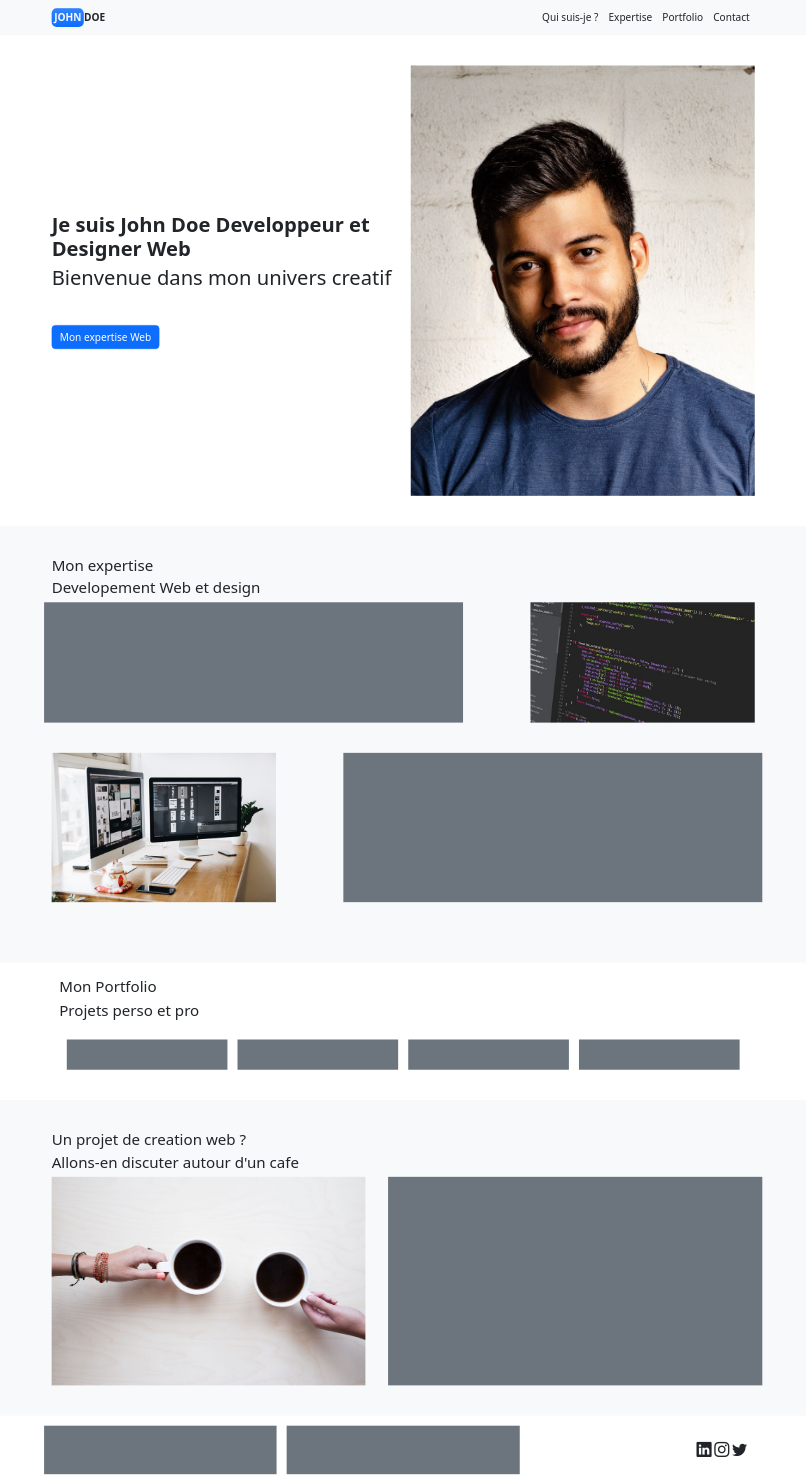
Repository: wadelfadill/Bootstrap_tache_1_portfolio
Page: index.html
An editor plug-in stored every save of this project. The page is shown before and after the next save, followed by the edit.
The browser window is 1280 px wide. The pictures show the whole page, at 63% of full size.
Some web libraries are served in a nearby version.

Above is the page before, as saved 2023-03-28 12:13:30.

### index.html
<!DOCTYPE html>
<html lang="en">
<head>
    <meta charset="UTF-8">
    <meta http-equiv="X-UA-Compatible" content="IE=edge">
    <meta name="viewport" content="width=device-width, initial-scale=1.0">
    <title>Portfolio_Bootstrap</title>
    <link href="https://cdn.jsdelivr.net/npm/bootstrap@5.3.0-alpha2/dist/css/bootstrap.min.css" rel="stylesheet" integrity="sha384-aFq/bzH65dt+w6FI2ooMVUpc+21e0SRygnTpmBvdBgSdnuTN7QbdgL+OapgHtvPp" crossorigin="anonymous">
    <link rel="stylesheet" href="https://cdn.jsdelivr.net/npm/bootstrap-icons@1.5.0/font/bootstrap-icons.css">
    <link rel="stylesheet" href="style.css">
    <!-- Font Awesome -->
    <script src="https://kit.fontawesome.com/14273d579a.js" crossorigin="anonymous"></script>
</head>
<body>
    <header>
        <nav class="navbar navbar-expand-md bg-light navbar-light container-fluid">
            <div class="container">
                <a href="/index.html" class="nav-brand text-uppercase fw-bolder link-dark link-underline-opacity-0">
                    <span class="bg-primary bg-gradient p-1 rounded-3 text-light">JOHN</span>DOE
                </a>
              <ul class="navbar-nav">
                <li class="nav-item active">
                    <a href="#JohnDoe" class="nav-link link-dark link-underline-opacity-0">Qui suis-je ?</a>
                </li>
                <li class="nav-item">
                    <a href="#expertise" class="nav-link link-dark link-underline-opacity-0">Expertise</a>
                </li>
                <li class="nav-item">
                    <a href="#portfolio" class="nav-link link-dark link-underline-opacity-0">Portfolio</a>
                </li>
                <li class="nav-item">
                    <a href="#contact" class="nav-link link-dark link-underline-opacity-0">Contact</a>
                </li>
              </ul>
            </div>
        </nav>
    </header>
    <main>
        <section class="my-5">
            <div class="container">
                <div class="row gy-4 gy-md-0 align-items-center">
                    <div class="col-12 col-md-6">
                        <p class="h2 fw-bold">Je suis John Doe Developpeur et Designer Web</p>
                        <p class="h2 fw-light">Bienvenue dans mon univers creatif</p>
                        <a class="btn btn-primary mt-5" href="#expertise" role="button">Mon expertise Web</a>

                    </div>
                    <div class="col-12 col-md-6">
                        <img src="img/portrait.jpg" alt="profile de Jhon Doe" class="w-100">
                    </div>
                </div>
            </div>
        </section>
        <section>
            <div class="container-fluid bg-light py-5 mt-5">
                <div class="container">
                 <p class="h4 .fs-3 .fs-md-2" id="expertise">Mon expertise</p>
                 <p class="h4 .fs-3 .fs-md-2">Developement Web et design</p>
                <div class="row gy-4 gy-md-0">
                    <div class="col-12 col-md-7 bg-secondary p-5">

                    </div>
                    <div class="col-12 col-md-4 offset-md-1">
                        <img src="img/code.jpg" alt="" class="w-100">
                    </div>
                </div>
                <div class="row my-5 gy-4 gy-md-0">
                    <div class="col-12 col-md-4">
                        <img src="img/design.jpg" alt="" class="w-100">
                    </div>
                    <div class="col-12 col-md-7 bg-secondary offset-md-1 p-5">

                    </div>
                </div>
             </div>
            </div>

        </section>
        <section class="container">
            <div class="container my-4">
                <p class="h4 .fs-3 .fs-md-2" id="portfolio">Mon Portfolio</p>
                <p class="h4 .fs-3 .fs-md-2">Projets perso et pro</p>
                <div class="row gap-3 p-4">
                    <div class="col-12 col-md bg-secondary py-4"></div>
                    <div class="col-12 col-md bg-secondary py-4"></div>
                    <div class="col-12 col-md bg-secondary py-4"></div>
                    <div class="col-12 col-md bg-secondary py-4"></div>
                </div>
            </div>
        </section>
        <section class="p-5 bg-light">
            <div class="container">
                <p class="h4 .fs-3 .fs-md-2" id="contact">Un projet de creation web ?</p>
                <p class="h4 .fs-3 .fs-md-2">Allons-en discuter autour d'un cafe</p>
                <div class="row gap-4 gy-4 gy-md-0">
                    <div class="col-12 col-md">
                        <img src="img/grab-a-coffee.jpg" class="w-100" alt="">
                    </div>
                    <div class="col-12 col-md bg-secondary p-5"></div>
                </div>
            </div>
        </section>
    </main>
    <footer>
        <div class="container">
            <div class="row gap-3 py-3">
                <div class="col-12 col-md p-4 bg-secondary"></div>
                <div class="col-12 col-md p-4 bg-secondary"></div>
                <div class="col-12 col-md p-4 text-md-end">
                    <a href="#" target="_blank" class="link-dark link-underline-opacity-0">
                        <i class="bi bi-linkedin h4"></i>
                    </a>
                    <a href="#" target="_blank" class="link-dark link-underline-opacity-0">
                        <i class="bi bi-instagram h4"></i>
                    </a>
                    <a href="#" target="_blank" class="link-dark link-underline-opacity-0">
                        <i class="bi bi-twitter h4"></i>
                    </a>
                </div>
            </div>
        </div>
    </footer>


</body>
</html>

Loaded but not shown: style.css (no stored copy; drawn as an empty file)

After the next save:
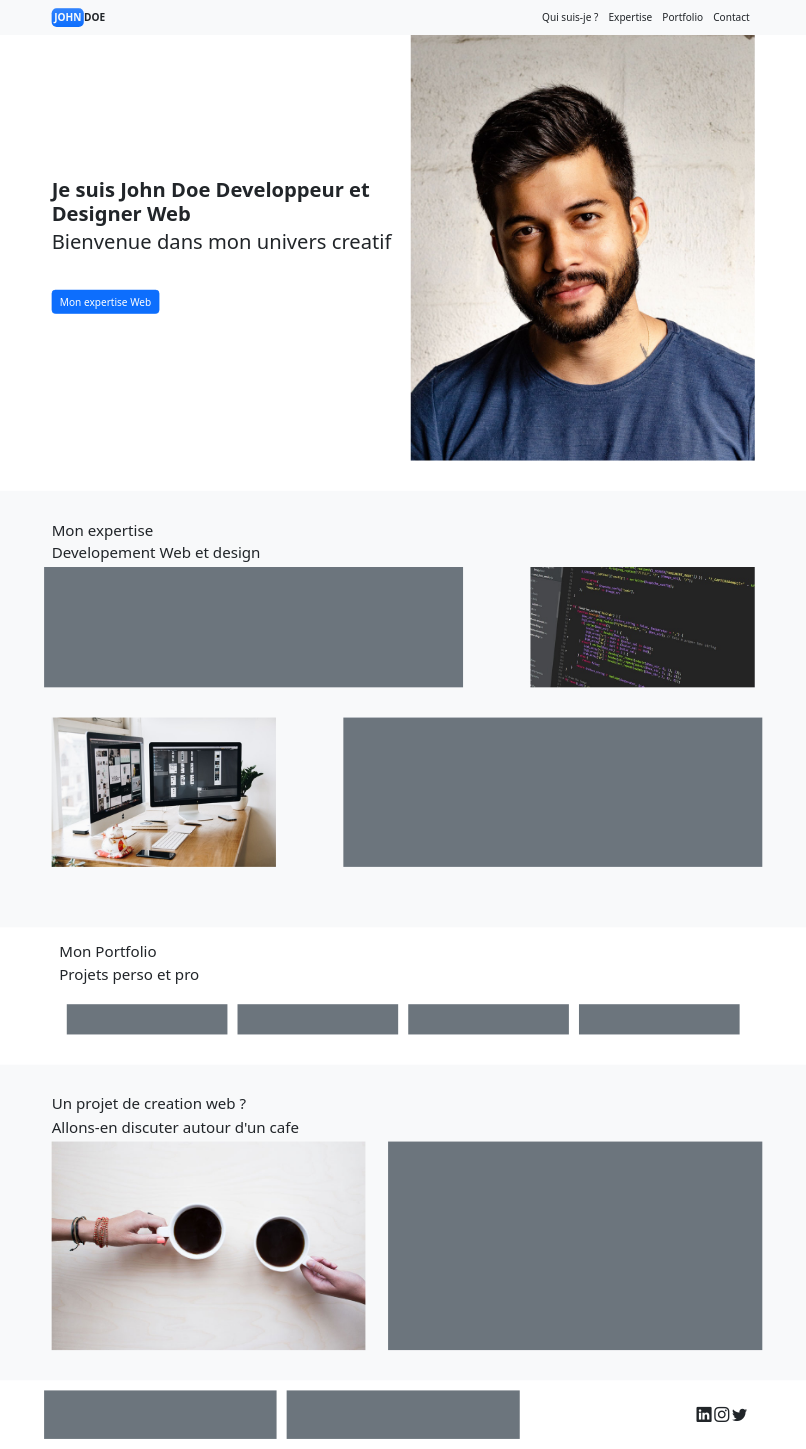
Saved 34 s later.
--- a/index.html
+++ b/index.html
@@ -13,7 +13,7 @@
 </head>
 <body>
     <header>
-        <nav class="navbar navbar-expand-md bg-light navbar-light container-fluid">
+        <nav class="navbar navbar-expand-md bg-light navbar-light container-fluid fixed-top">
             <div class="container">
                 <a href="/index.html" class="nav-brand text-uppercase fw-bolder link-dark link-underline-opacity-0">
                     <span class="bg-primary bg-gradient p-1 rounded-3 text-light">JOHN</span>DOE
